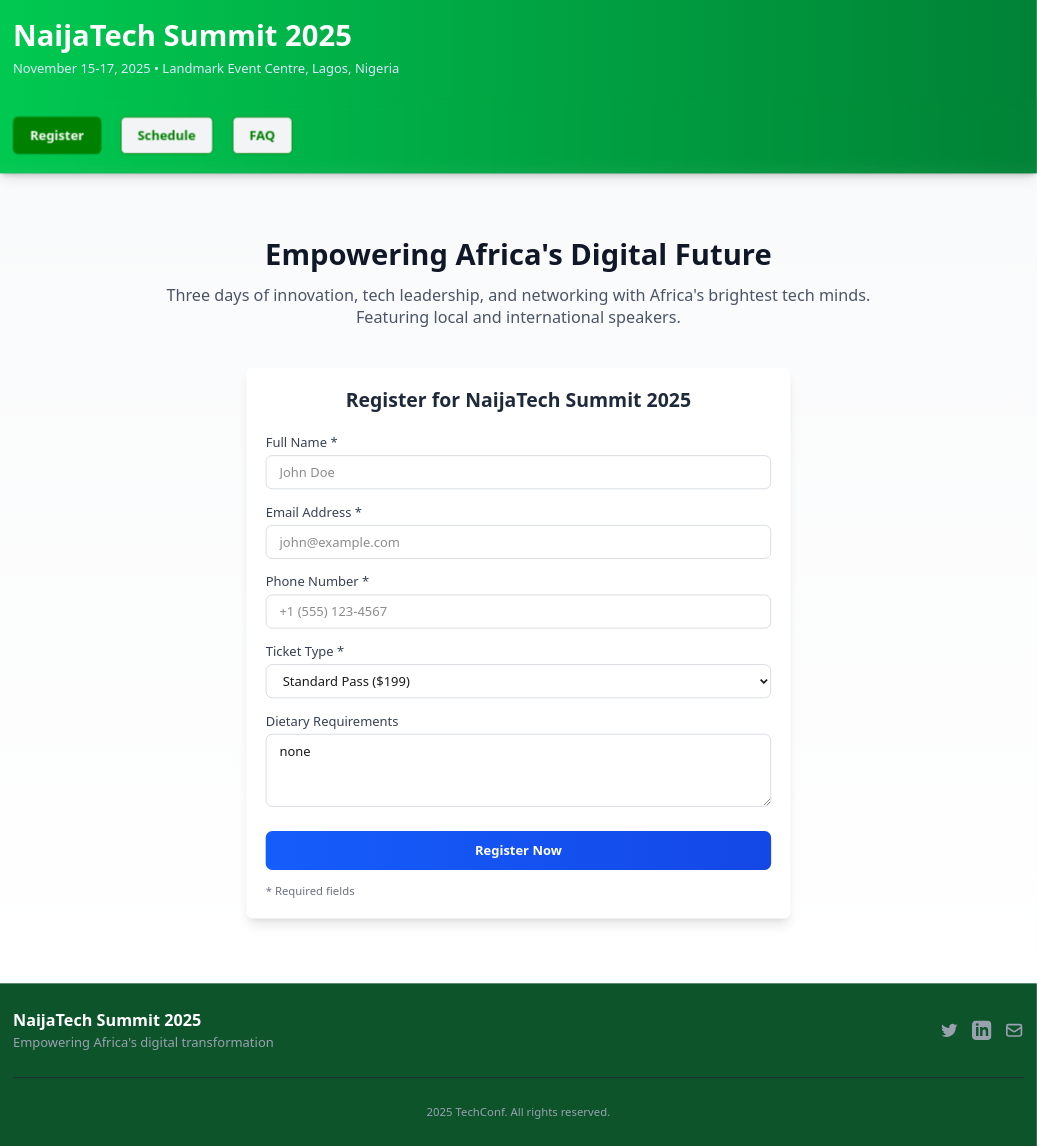
Repository: AYANO-EMMANUEL/fictional-tech-conf-event
Page: /
The author's editor kept a copy of each file at every save. The page is drawn from the files as they stood at one save, then again after the next save.
The browser window is 1280 px wide. The pictures show the whole page, at 81% of full size.
The project was rebuilt for these pictures with package versions that can differ from the ones it lists, and the page was loaded fresh each time. Also part of the build but not shown: vite.config.ts, src/components/Schedule/Schedule.tsx, src/components/FAQ/FAQ.tsx.

Above is the page before, as saved 2025-08-02 11:08:29.

After the next save:
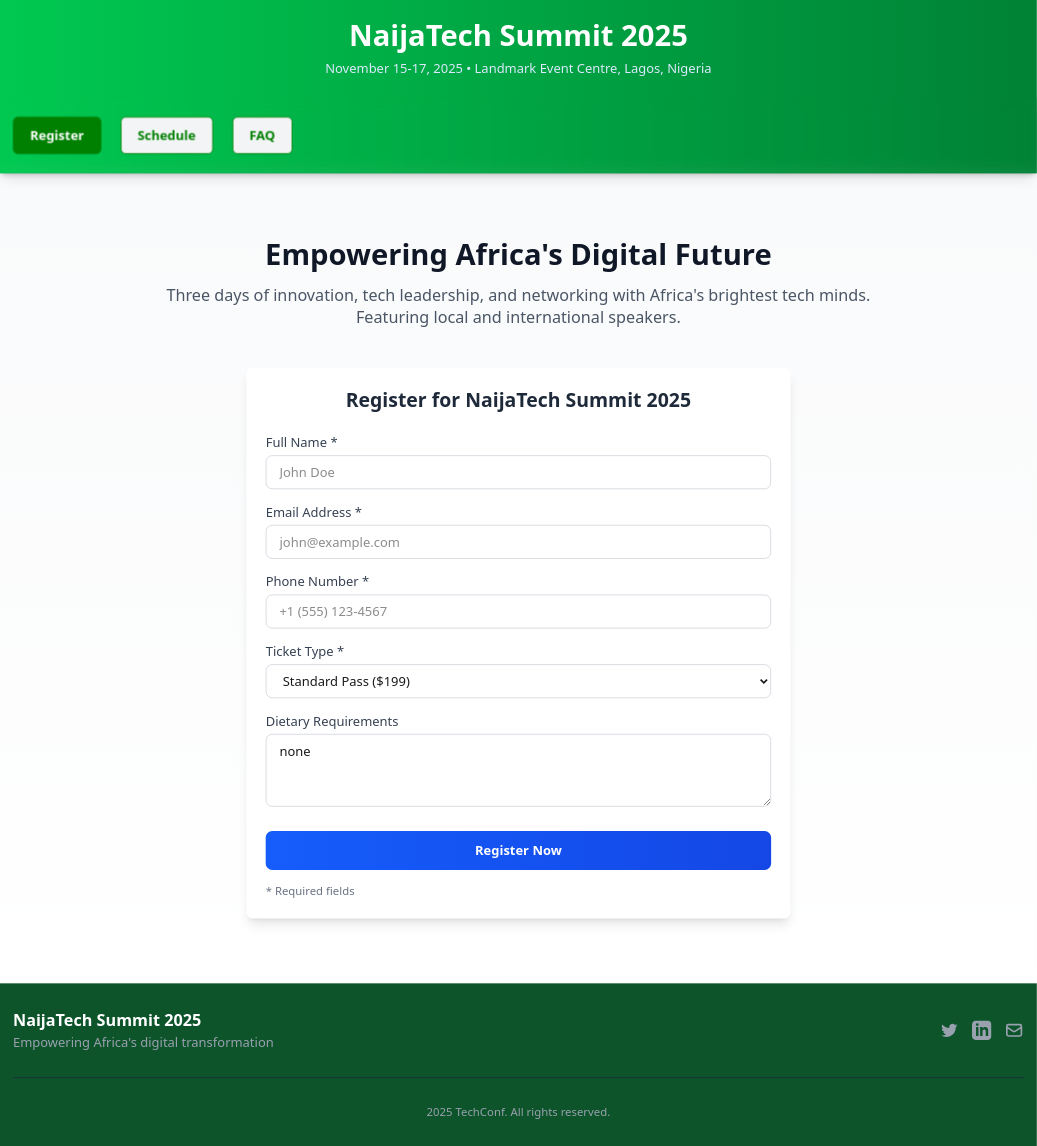
Saved 17 s later.
--- a/src/App.tsx
+++ b/src/App.tsx
@@ -9,7 +9,7 @@ function App() {
   return (
     <div className="min-h-screen bg-gray-50">
       {/* Header */}
-      <header className="bg-gradient-to-r from-green-500 to-green-700 text-white shadow-lg">
+      <header className="bg-gradient-to-r text-center from-green-500 to-green-700 text-white shadow-lg">
         <div className="container mx-auto px-4 py-6">
           <h1 className="text-3xl md:text-4xl font-bold mb-2">NaijaTech Summit 2025</h1>
           <p className="text-blue-100">November 15-17, 2025 • Landmark Event Centre, Lagos, Nigeria</p>
